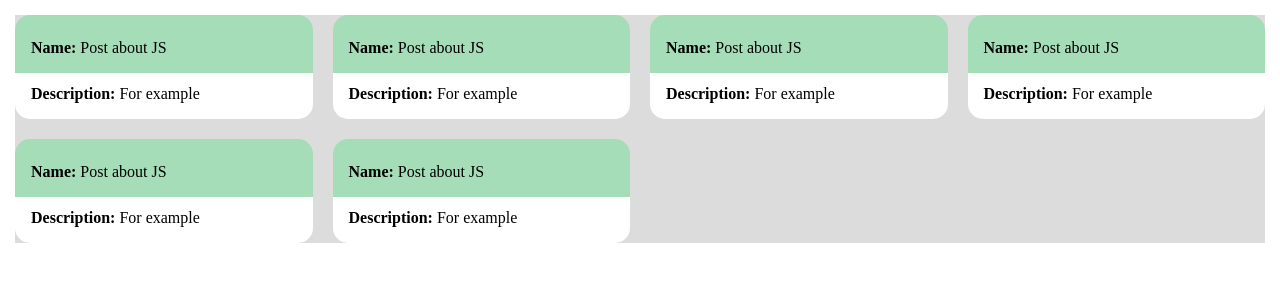
Repository: Axeliriya/vue-todo
Page: /
An editor plug-in stored every save of this project. The page is shown before and after the next save, followed by the edit.
The browser window is 1280 px wide. The pictures show the whole page.
The project was rebuilt for these pictures with package versions that can differ from the ones it lists, and the page was loaded fresh each time. Also part of the build but not shown: vue.config.js.

Above is the page before, as saved 2022-04-01 16:57:00.

After the next save:
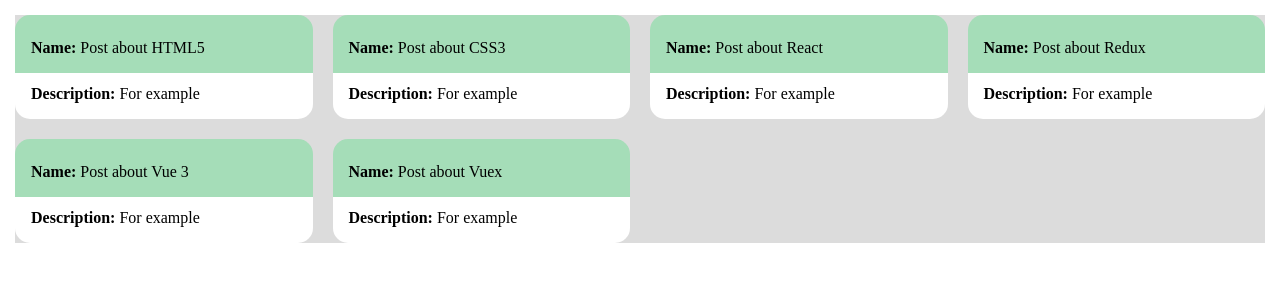
Saved 44 s later.
--- a/src/App.vue
+++ b/src/App.vue
@@ -1,10 +1,10 @@
 <template>
   <div class="app">
     <ul class="posts">
-      <li class="post" v-for="post in posts" key="">
-        <div class="post__name"><strong>Name: </strong>Post about JS</div>
+      <li class="post" v-for="post in posts">
+        <div class="post__name"><strong>Name: </strong>{{ post.title }}</div>
         <div class="post__description">
-          <strong>Description: </strong>For example
+          <strong>Description: </strong>{{ post.body }}
         </div>
       </li>
     </ul>
